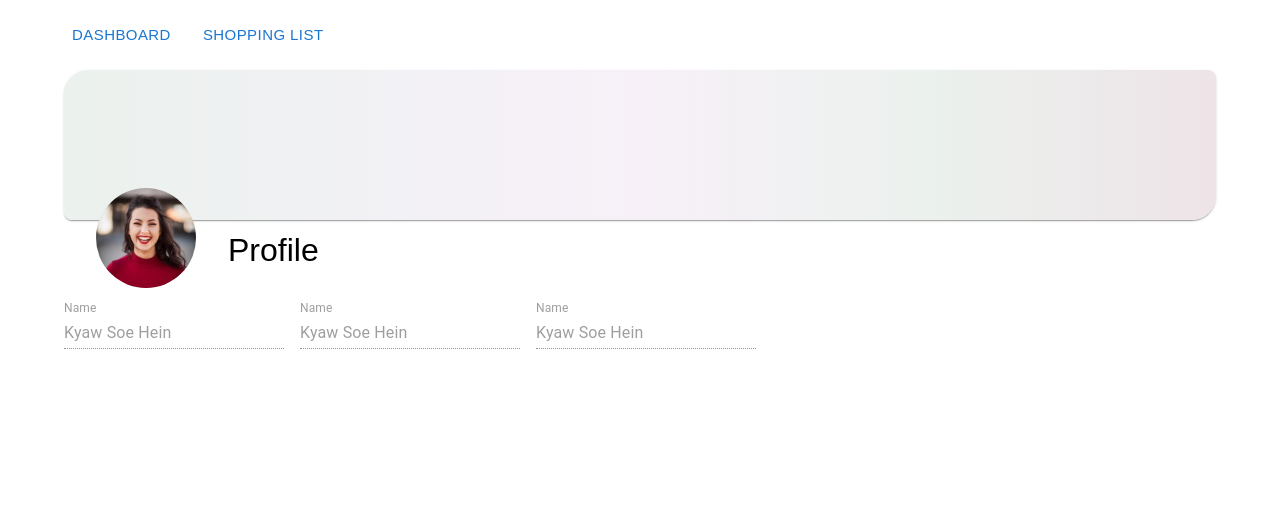
Repository: KyawSoeHein/GoogleAuthReact
Page: /
An editor plug-in stored every save of this project. The page is shown before and after the next save, followed by the edit.
The browser window is 1280 px wide. The pictures show the whole page.
The project was rebuilt for these pictures with package versions that can differ from the ones it lists, and the page was loaded fresh each time.

Above is the page before, as saved 2022-02-14 20:18:16.

### src/index.tsx
import React from "react";
import ReactDOM from "react-dom";
import "./index.css";
import App from "./App";
import Dashboard from "./View/Dashboard";
import reportWebVitals from "./reportWebVitals";

ReactDOM.render(
  <React.StrictMode>
    <Dashboard />
  </React.StrictMode>,
  document.getElementById("root")
);

// If you want to start measuring performance in your app, pass a function
// to log results (for example: reportWebVitals(console.log))
// or send to an analytics endpoint. Learn more: https://bit.ly/CRA-vitals
reportWebVitals();

### src/View/Dashboard.tsx
import React from "react";
import { Container, Grid, Stack } from "@mui/material";
import MenuSelection from "../Components/MenuSelection";
import UserInfo from "../Components/UserInfo";
import CoverAndProfilePhoto from "../Components/CoverAndProfilePhoto";

const Dashboard = () => {
  return (
    <Grid>
      <Container>
        <div style={{ marginTop: 16 }}>
          <MenuSelection />
        </div>

        <div style={{ marginTop: 16 }}>
          <CoverAndProfilePhoto />
        </div>

        <div>
          <UserInfo />
        </div>
      </Container>
    </Grid>
  );
};

export default Dashboard;

### src/Components/MenuSelection.tsx
import React from "react";
import { Button, Stack } from "@mui/material";
import "../App.css";

const MenuSelection = () => {
  const buttonFontSize = 15;

  return (
    <Stack direction={"row"} spacing={2}>
      <Button sx={{ fontSize: buttonFontSize, fontFamily: "sans-serif" }}>
        Dashboard
      </Button>
      <Button sx={{ fontSize: buttonFontSize, fontFamily: "sans-serif" }}>
        Shopping List
      </Button>
    </Stack>
  );
};

export default MenuSelection;

### src/Components/UserInfo.tsx
import React from "react";
import { Button, Stack, TextField } from "@mui/material";
import "../App.css";

const UserInfo = () => {
  const buttonFontSize = 15;

  return (
    <Stack direction={"row"} spacing={2}>
      <TextField
        disabled
        id="standard-disabled"
        label="Name"
        defaultValue="Kyaw Soe Hein"
        variant="standard"
      />

      <TextField
        disabled
        id="standard-disabled"
        label="Name"
        defaultValue="Kyaw Soe Hein"
        variant="standard"
      />

      <TextField
        disabled
        id="standard-disabled"
        label="Name"
        defaultValue="Kyaw Soe Hein"
        variant="standard"
      />
    </Stack>
  );
};

export default UserInfo;

### src/Components/CoverAndProfilePhoto.tsx
import React from "react";
import { Avatar, Button, Paper, Stack } from "@mui/material";
import "../App.css";
import profile from "../images/profile.jpg";

const CoverAndProfilePhoto = () => {
  return (
    <div>
      <Paper
        elevation={1}
        sx={{
          height: 150,
          borderTopRightRadius: 8,
          borderTopLeftRadius: 24,
          borderBottomLeftRadius: 8,
          borderBottomRightRadius: 24,
          background:
            "linear-gradient(to right, rgb(235,241,237), rgb(241,241,244), rgb(247,240,248), rgb(235,241,237), rgb(238,228,232))",
        }}
      ></Paper>

      <div className="coverPhoto">
        <Avatar
          alt="Remy Sharp"
          src={profile}
          sx={{ width: 100, height: 100, marginTop: -4, marginLeft: 4 }}
        />
        <div style={{ marginLeft: 32, marginTop: -20 }}>
          <p className="profileTitle">Profile</p>
        </div>
      </div>
    </div>
  );
};

export default CoverAndProfilePhoto;

### src/App.css
.App {
  text-align: center;
}

.App-logo {
  height: 40vmin;
  pointer-events: none;
}

@media (prefers-reduced-motion: no-preference) {
  .App-logo {
    animation: App-logo-spin infinite 20s linear;
  }
}

.App-header {
  background-color: #282c34;
  min-height: 100vh;
  display: flex;
  flex-direction: column;
  align-items: center;
  justify-content: center;
  font-size: calc(10px + 2vmin);
  color: white;
}

.App-link {
  color: #61dafb;
}

@keyframes App-logo-spin {
  from {
    transform: rotate(0deg);
  }
  to {
    transform: rotate(360deg);
  }
}

.profileTitle {
  font-size: 32px;
  font-family: sans-serif;
  /* font-weight: bold; */
}

.coverPhoto {
  display: flex;
  flex-direction: row;
  flex: 1;
}

Loaded but not shown: public/index.html (common file); src/index.css (common file); src/reportWebVitals.ts (common file)

After the next save:
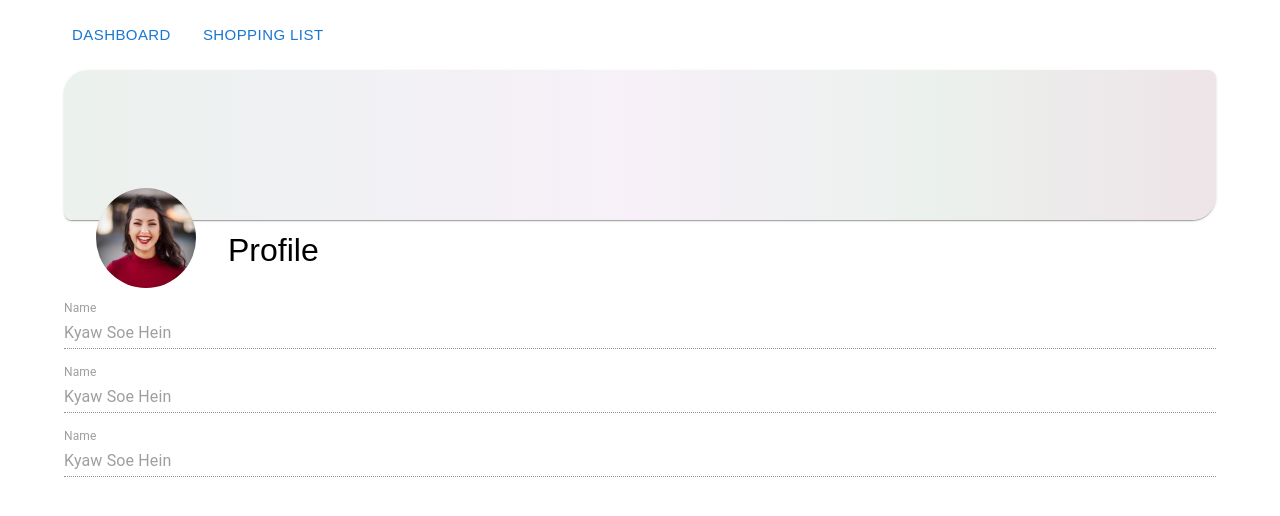
Saved 9 s later.
--- a/src/Components/UserInfo.tsx
+++ b/src/Components/UserInfo.tsx
@@ -6,7 +6,7 @@ const UserInfo = () => {
   const buttonFontSize = 15;
 
   return (
-    <Stack direction={"row"} spacing={2}>
+    <Stack spacing={2}>
       <TextField
         disabled
         id="standard-disabled"
